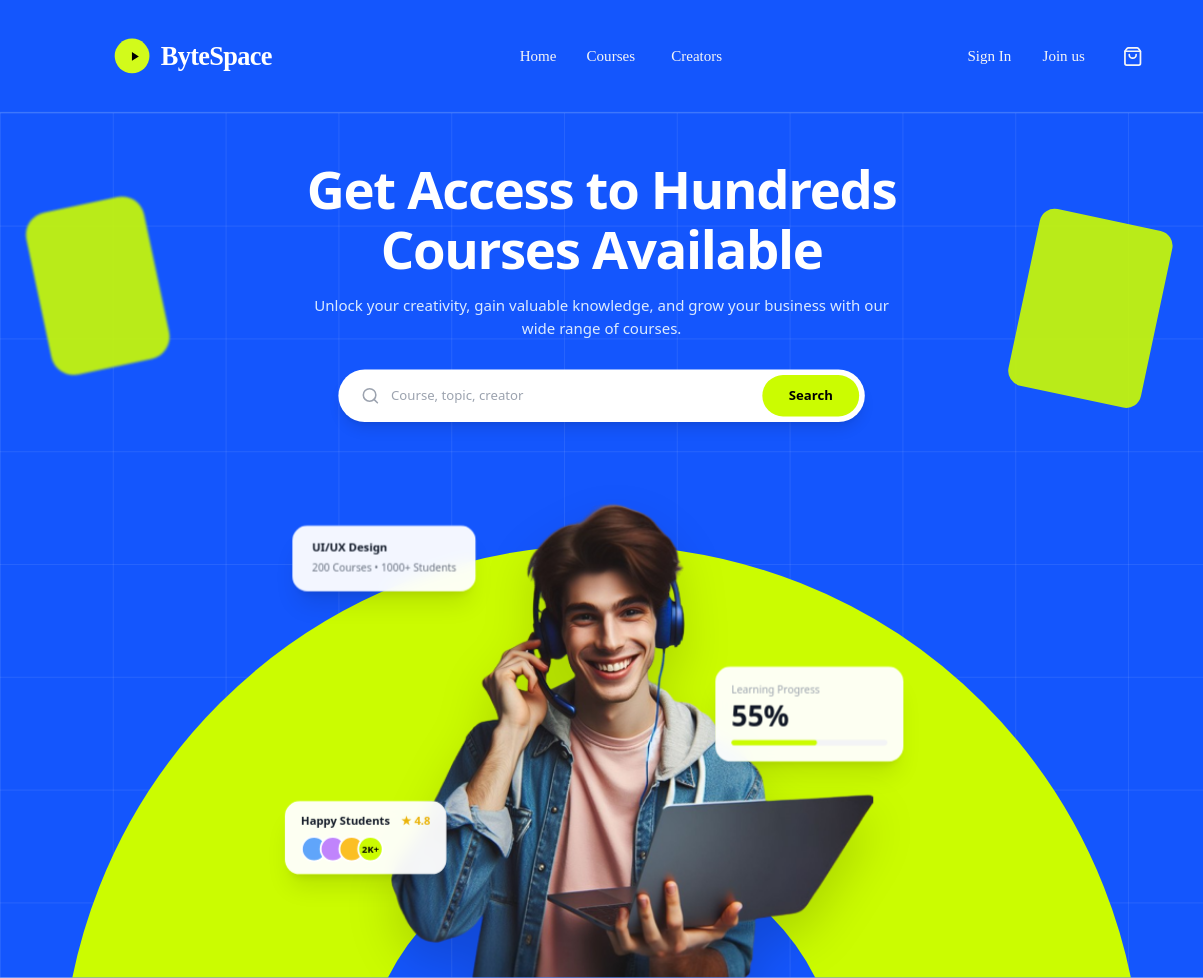
Repository: mdkawsarjomadder/bytespace
Page: /
These files come from the project's save history. The page is drawn as it stood at one moment and after the next save; the edit follows.
The browser window is 1280 px wide. The pictures show the whole page, at 94% of full size.
Some web fonts or font styles are not loaded; a fallback is used. The project was rebuilt for these pictures with package versions that can differ from the ones it lists, and the page was loaded fresh each time. Also part of the build but not shown: vite.config.js.

Above is the page before, as saved 2026-09-29 18:33:54.

### index.html
<!doctype html>
<html lang="en">
  <head>
    <meta charset="UTF-8" />
    <link rel="icon" type="image/svg+xml" href="/favicon.svg" />
    <meta name="viewport" content="width=device-width, initial-scale=1.0" />
    <title>bytespace</title>
  </head>
  <body>
    <div id="root"></div>
    <script type="module" src="/src/main.jsx"></script>
    <link href="https://api.fontshare.com/v2/css?f[]=satoshi@400,500,700&display=swap" rel="stylesheet">
  </body>
</html>

### src/App.jsx
import React from 'react';
import Navbar from './components/Navbar';
import Hero from './components/Hero';

function App() {
  return (
    <div className="min-h-screen bg-gray-50 font-sans">
      <Navbar />
      <Hero />
    </div>
  );
}

export default App;

### src/components/Navbar.jsx
import React from 'react';
import { ShoppingBag } from 'lucide-react';

const Navbar = () => {
  return (
    <header className="w-full h-[120px] bg-[#1456fd] border-b border-blue-400/20 pl-[122px] pr-16 flex items-center justify-between relative z-50">
      {/* 1. Brand Logo (Figma Specs: 171px x 37px) */}
      <div
        className="w-[171px] h-[37px] flex items-center gap-3 cursor-pointer select-none"
        style={{ opacity: 1 }}
      >
        {/* Play Icon Logo */}
        <div className="w-[37px] h-[37px] rounded-full bg-[#d2fb1b] flex items-center justify-center shrink-0">
          <svg
            className="w-4 h-4 text-black fill-current translate-x-0.5"
            viewBox="0 0 24 24"
          >
            <path d="M8 5v14l11-7z" />
          </svg>
        </div>
        {/* Logo Text */}
        <span className="text-[28px] font-bold tracking-tight text-white leading-none font-['Satoshi']">
          ByteSpace
        </span>
      </div>

      {/* 2. Navigation Links */}
      <nav className="hidden md:flex items-center gap-8 font-['Satoshi']">
        <a
          href="#home"
          className="text-[#F5F5F6] text-[16px] leading-[160%] font-normal hover:text-[#d2fb1b] transition-colors"
        >
          Home
        </a>
        <a
          href="#courses"
          className="w-[58px] h-[26px] flex items-center text-[#F5F5F6] text-[16px] leading-[160%] font-normal hover:text-[#d2fb1b] transition-colors"
          style={{ opacity: 1 }}
        >
          Courses
        </a>
        <a
          href="#creators"
          className="text-[#F5F5F6] text-[16px] leading-[160%] font-normal hover:text-[#d2fb1b] transition-colors"
        >
          Creators
        </a>
      </nav>

      {/* 3. Action Buttons & Cart */}
      <div className="flex items-center gap-6 font-['Satoshi']">
        <button
          className="w-[49px] h-[24px] flex items-center justify-center text-[#F5F5F6] text-[16px] leading-[24px] font-normal hover:text-white/80 transition-colors"
          style={{ opacity: 1 }}
        >
          Sign In
        </button>
        <button
          className="h-[24px] px-2 flex items-center justify-center text-[#F5F5F6] text-[16px] leading-[24px] font-normal hover:text-white/80 transition-colors"
          style={{ opacity: 1 }}
        >
          Join us
        </button>
        <button className="text-[#F5F5F6] hover:text-[#d2fb1b] transition-colors flex items-center justify-center ml-2">
          <ShoppingBag size={22} strokeWidth={2} />
        </button>
      </div>
    </header>
  );
};

export default Navbar;

### src/components/Hero.jsx
import React from 'react';
import { Search } from 'lucide-react';
import One1 from '../assets/01.png';

const Hero = () => {
  return (
    <section className="relative w-full bg-[#1456fd] overflow-hidden pt-12 pb-0 text-white flex flex-col items-center justify-between min-h-[920px]">
      {/* 1. Background Grid Pattern */}
      <div className="absolute inset-0 bg-[linear-gradient(to_right,#ffffff15_1px,transparent_1px),linear-gradient(to_bottom,#ffffff15_1px,transparent_1px)] bg-[size:120px_120px] pointer-events-none" />

      {/* 2. Ellipse 7 Background Ring (Figma Exact Position) */}
      <div
        className="absolute rounded-full pointer-events-none z-0"
        style={{
          width: '1149px',
          height: '1149px',
          top: '460px',

          left: '50%',
          transform: 'translateX(-50%)',
          border: '320px solid #CBFC01',
          boxSizing: 'border-box',
        }}
      />

      {/* 3. Decorative 3D Elements */}
      <div className="absolute left-10 top-24 w-32 h-44 bg-[#CBFC01] rounded-3xl opacity-90 blur-[1px] transform -rotate-12 pointer-events-none hidden lg:block" />
      <div className="absolute right-12 top-28 w-36 h-48 bg-[#CBFC01] rounded-2xl opacity-90 transform rotate-12 pointer-events-none hidden lg:block" />

      {/* 4. Top Area: Title + Subtitle + Search Bar */}
      <div className="relative z-10 w-full max-w-[1200px] mx-auto px-4 flex flex-col items-center text-center">
        <h1 className="text-4xl md:text-[56px] font-bold tracking-tight text-white leading-[1.15] max-w-[900px]">
          Get Access to Hundreds <br /> Courses Available
        </h1>

        <p className="mt-4 text-sm md:text-base text-blue-100 max-w-[650px] font-normal leading-relaxed">
          Unlock your creativity, gain valuable knowledge, and grow your business with our wide range of courses.
        </p>

        {/* Search Bar */}
        <div className="mt-8 w-full max-w-[560px] bg-white rounded-full p-1.5 pl-6 flex items-center shadow-lg justify-between gap-3">
          <div className="flex items-center gap-3 w-full">
            <Search className="w-5 h-5 text-gray-400 shrink-0" />
            <input
              type="text"
              placeholder="Course, topic, creator"
              className="w-full bg-transparent text-gray-800 placeholder-gray-400 focus:outline-none text-sm font-medium"
            />
          </div>
          <button className="bg-[#CBFC01] hover:bg-[#b5e200] text-black font-semibold text-sm px-7 py-3 rounded-full transition-all duration-200 shrink-0 cursor-pointer">
            Search
          </button>
        </div>
      </div>

      {/* 5. Hero Visual Area (Image sitting flat at section bottom) */}
      <div className="relative w-full max-w-[578px] h-[541px] flex justify-center items-end z-10 mt-auto">

        {/* Main Student Image */}
        <img
          src={One1}
          alt="Student Learning"
          className="w-[578px] h-[541px] object-contain block select-none pointer-events-none drop-shadow-2xl"
        />

        {/* Floating Card: UI/UX Design (Top Left) */}
        <div className="absolute -left-10 top-[60px] z-20 bg-white/95 backdrop-blur text-black p-3.5 px-5 rounded-2xl shadow-xl border border-white/20">
          <span className="text-xs font-bold text-gray-900 block">UI/UX Design</span>
          <span className="text-[11px] text-gray-500 font-medium">200 Courses • 1000+ Students</span>
        </div>

        {/* Floating Card: Learning Progress (Top Right) */}
        <div className="absolute -right-8 top-[210px] z-20 bg-white/95 backdrop-blur text-black p-4 rounded-2xl shadow-xl border border-white/20 min-w-[200px] ">
          <span className="text-[11px] font-medium text-gray-400 block mb-1">Learning Progress</span>
          <span className="text-3xl font-extrabold text-gray-900 block leading-none">55%</span>
          <div className="w-full bg-gray-100 h-1.5 rounded-full mt-2.5 overflow-hidden">
            <div className="bg-[#CBFC01] h-full w-[55%] rounded-full" />
          </div>
        </div>

        {/* Floating Card: Happy Students (Bottom Left) */}
        <div className="absolute -left-12 bottom-[110px] z-20 bg-white/95 backdrop-blur text-black p-3 px-4 rounded-2xl shadow-xl border border-white/20">
          <div className="flex items-center justify-between gap-3 mb-2">
            <span className="text-xs font-bold text-gray-900">Happy Students</span>
            <span className="text-xs font-semibold text-yellow-500">★ 4.8</span>
          </div>
          <div className="flex items-center -space-x-2">
            <div className="w-7 h-7 rounded-full bg-blue-400 border-2 border-white"></div>
            <div className="w-7 h-7 rounded-full bg-purple-400 border-2 border-white"></div>
            <div className="w-7 h-7 rounded-full bg-amber-400 border-2 border-white"></div>
            <div className="w-7 h-7 rounded-full bg-[#CBFC01] border-2 border-white flex items-center justify-center text-[10px] font-bold text-black">
              2K+
            </div>
          </div>
        </div>

      </div>
    </section>
  );
};

export default Hero;

Loaded but not shown: src/main.jsx (common file); src/index.css (common file); tailwind.config.js (common file)

After the next save:
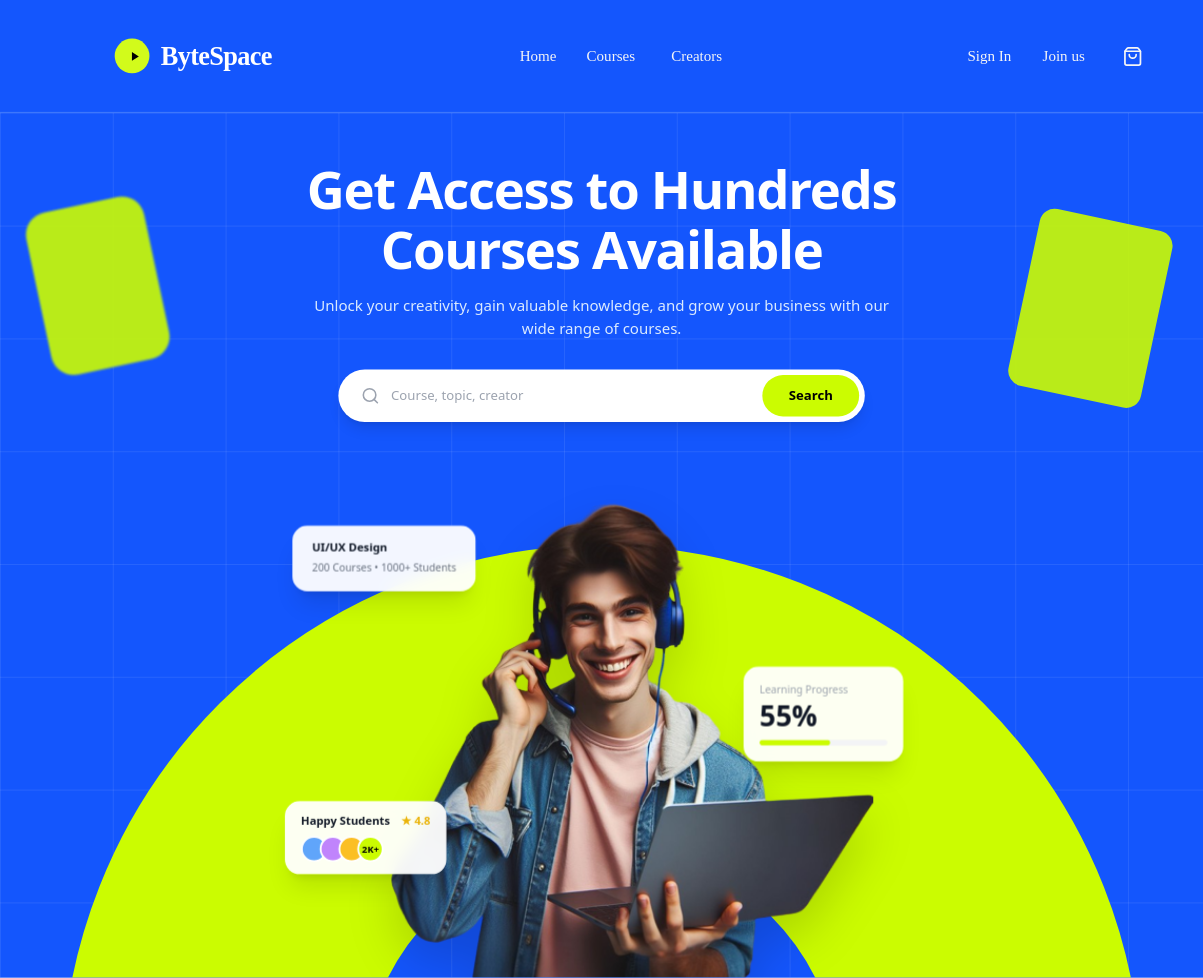
Saved 14 s later.
--- a/src/components/Hero.jsx
+++ b/src/components/Hero.jsx
@@ -70,7 +70,7 @@ const Hero = () => {
         </div>
 
         {/* Floating Card: Learning Progress (Top Right) */}
-        <div className="absolute -right-8 top-[210px] z-20 bg-white/95 backdrop-blur text-black p-4 rounded-2xl shadow-xl border border-white/20 min-w-[200px] ">
+        <div className="absolute -right-8 top-[210px] z-20 bg-white/95 backdrop-blur text-black p-4 rounded-2xl shadow-xl border border-white/20 min-w-[170px] ">
           <span className="text-[11px] font-medium text-gray-400 block mb-1">Learning Progress</span>
           <span className="text-3xl font-extrabold text-gray-900 block leading-none">55%</span>
           <div className="w-full bg-gray-100 h-1.5 rounded-full mt-2.5 overflow-hidden">
